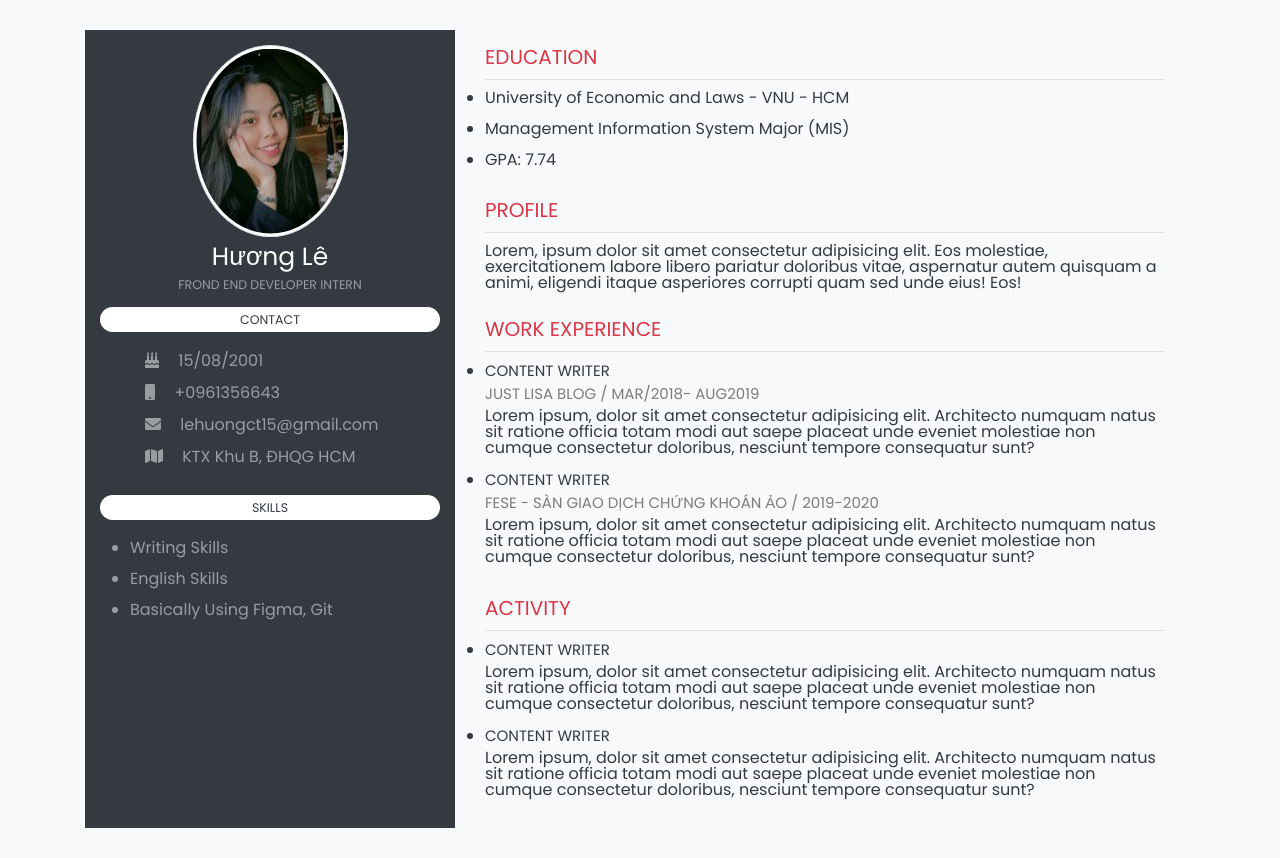
Repository: huongle158/cvhuongle
Page: index.html
The author's editor kept a copy of each file at every save. The page is drawn from the files as they stood at one save, then again after the next save.
The browser window is 1280 px wide. The pictures show the whole page.
Some web libraries are served in a nearby version.

Above is the page before, as saved 2021-12-13 00:03:18.

After the next save:
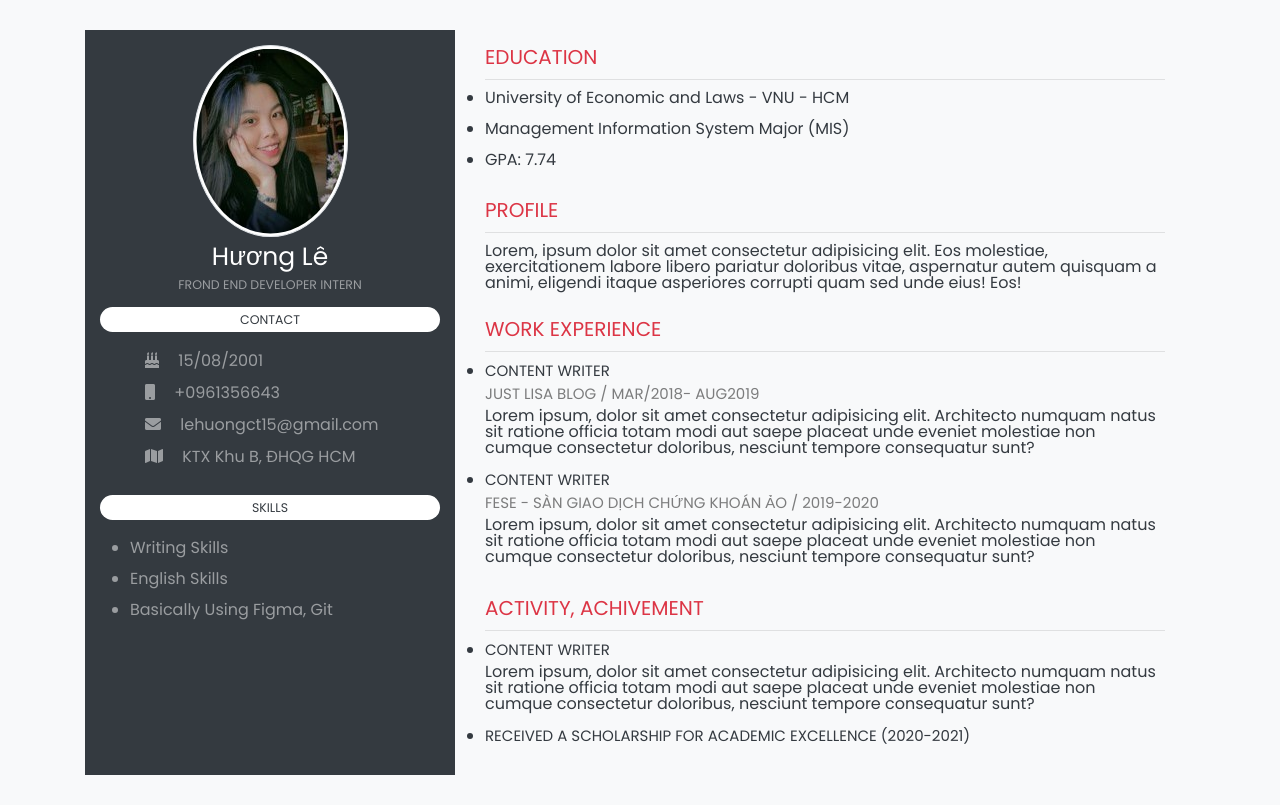
Saved 3 min 55 s later.
--- a/index.html
+++ b/index.html
@@ -111,7 +111,7 @@
             </div>
             <br>
              <div>
-                <h2 class="text-uppercase text-danger">Activity</h2>
+                <h2 class="text-uppercase text-danger">Activity, Achivement</h2>
                 <hr>
                 <ul class="list">
                 <li class="list-item mb-4">
@@ -119,8 +119,7 @@
                     <p>Lorem ipsum, dolor sit amet consectetur adipisicing elit. Architecto numquam natus sit ratione officia totam modi aut saepe placeat unde eveniet molestiae non cumque consectetur doloribus, nesciunt tempore consequatur sunt?</p>
                 </li>
                  <li class="list-item mb-4">
-                    <h4 class="display-6 text-uppercase">Content Writer</h4>
-                    <p>Lorem ipsum, dolor sit amet consectetur adipisicing elit. Architecto numquam natus sit ratione officia totam modi aut saepe placeat unde eveniet molestiae non cumque consectetur doloribus, nesciunt tempore consequatur sunt?</p>
+                    <h4 class="display-6 text-uppercase">Received a scholarship for academic excellence (2020-2021)</h4>
                 </li>
 
               </ul>
